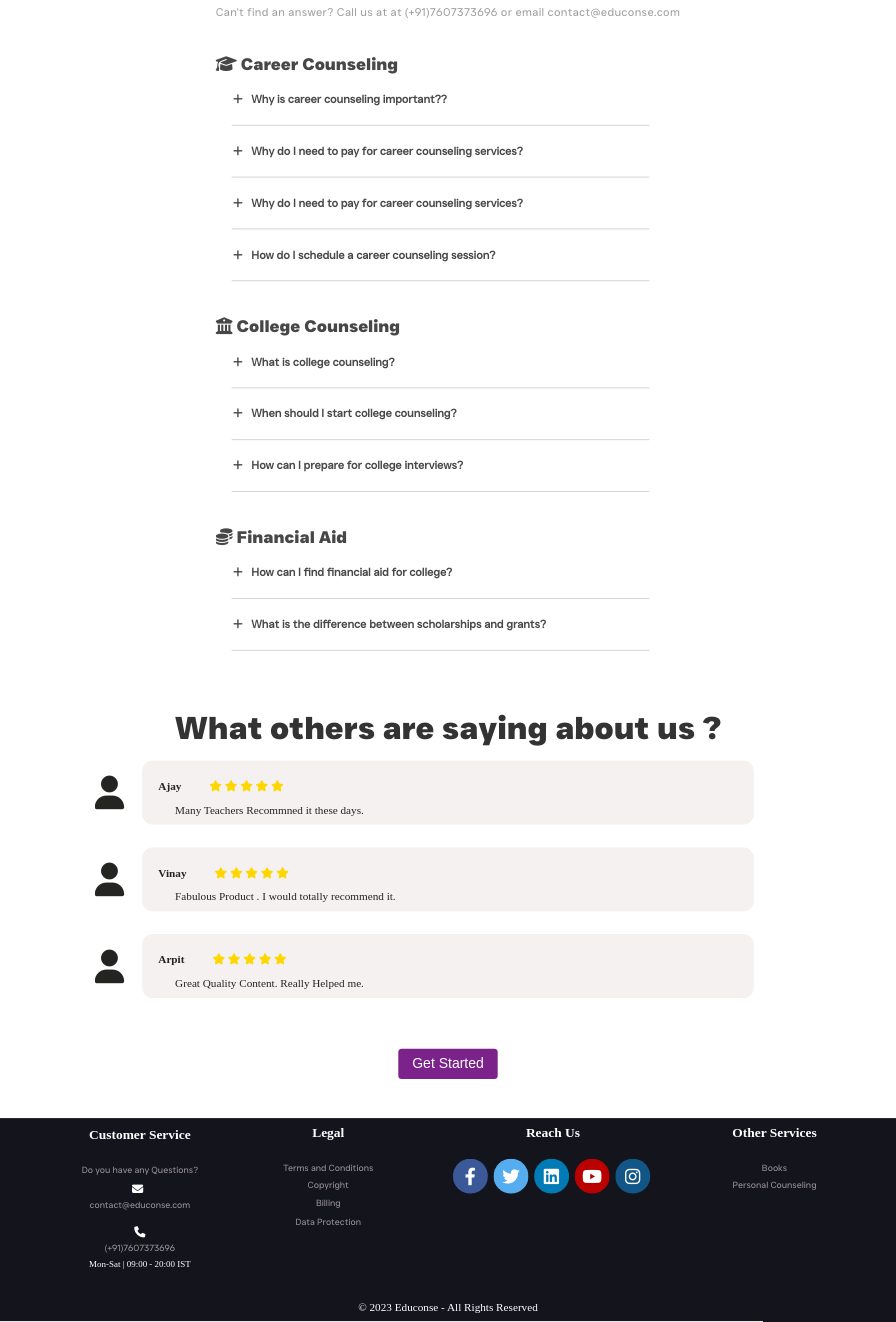
Repository: devajay07/educonse
Page: index.html
The author's editor kept a copy of each file at every save. The page is drawn from the files as they stood at one save, then again after a run of saves.
The browser window is 1280 px wide. The pictures show the part of the page from y = 905 to 2825 px (the page is 2793 px tall before and 2825 px after), at 70% of full size.
Pictures or frames that could not be fetched are drawn as grey boxes.

Above is the page before, as saved 2023-10-15 01:05:50.

### index.html
<!DOCTYPE html>
<html lang="en">
  <head>
    <meta charset="UTF-8" />
    <meta name="viewport" content="width=device-width, initial-scale=1.0" />
    <link rel="stylesheet" href="/css/index.css" />
    <link
      rel="stylesheet"
      href="https://cdnjs.cloudflare.com/ajax/libs/font-awesome/6.4.2/css/all.min.css"
    />
    <link rel="stylesheet" href="/css/header.css">
    <title>Educonse - Career Counseling</title>
  </head>
  <body>
    <nav>
      <div class="nav-container">
        <div class="nav-item">BLOGS</div>
        <div class="nav-item">RESOURCES</div>
        <div class="brand">Educonse</div>
        <div class="nav-item">SUPPORT</div>
        <div class="nav-item">ABOUT US</div>
      </div>
    </nav>

    <main>
      <div class="counselling-block">
        <section id="career-counseling">
          <div class="career-counselling">
            <div class="card">Career Counseling</div>
          </div>
        </section>

        <section id="college-counseling">
          <div class="college-container">
            <div class="card">College Counseling</div>
          </div>
        </section>
      </div>
      <div class="line-break"></div>
      <section id="financial-aid">
        <div class="container">
          <div class="card">Financial Aid</div>
        </div>
      </section>

      <section id="faqs">
        <div class="faqs-container">
          <h2 class="heading">Questions? Look here.</h2>
          <p class="tag">
            Can't find an answer? Call us at at (+91)7607373696 or email
            contact@educonse.com
          </p>
          <ul class="faq-list">
            <div class="category-quesn">
              <h1>
                <i class="fa-solid fa-graduation-cap"></i> Career Counseling
              </h1>
              <li>
                <button class="question">
                  <i class="fa-solid fa-plus fa-bounce"></i> &#160; Why is
                  career counseling important??
                </button>
                <div class="answer">
                  Career counseling helps individuals explore career options,
                  set goals, and make choices that align with their interests
                  and skills.
                </div>
                <hr />
              </li>
              <li>
                <button class="question">
                  <i class="fa-solid fa-plus fa-bounce"></i> &#160; Why do I
                  need to pay for career counseling services?
                </button>
                <div class="answer">
                  Some career counseling services are free, while others may
                  have fees. It depends on the provider and the level of
                  service.
                </div>
                <hr />
              </li>
              <li>
                <button class="question">
                  <i class="fa-solid fa-plus fa-bounce"></i> &#160; Why do I
                  need to pay for career counseling services?
                </button>
                <div class="answer">
                  Some career counseling services are free, while others may
                  have fees. It depends on the provider and the level of
                  service.
                </div>
                <hr />
              </li>
              <li>
                <button class="question">
                  <i class="fa-solid fa-plus fa-bounce"></i> &#160; How do I
                  schedule a career counseling session?
                </button>
                <div class="answer">
                  You can typically schedule a career counseling session by
                  contacting a counseling center or a career counselor directly.
                </div>
                <hr />
              </li>
            </div>
            <div class="category-quesn">
              <h1>
                <i class="fa-solid fa-building-columns"></i> College Counseling
              </h1>
              <li>
                <button class="question">
                  <i class="fa-solid fa-plus fa-bounce"></i> &#160; What is
                  college counseling?
                </button>
                <div class="answer">
                  College counseling is a service that assists students in the
                  college application process, including choosing schools,
                  preparing applications, and financial aid.
                </div>
                <hr />
              </li>
              <li>
                <button class="question">
                  <i class="fa-solid fa-plus fa-bounce"></i> &#160; When should
                  I start college counseling?
                </button>
                <div class="answer">
                  College counseling can begin as early as high school, but it's
                  most common during the junior and senior years to prepare for
                  college applications.
                </div>
                <hr />
              </li>
              <li>
                <button class="question">
                  <i class="fa-solid fa-plus fa-bounce"></i> &#160; How can I
                  prepare for college interviews?
                </button>
                <div class="answer">
                  Practice answering common interview questions, research the
                  college, and dress professionally for the interview.
                </div>
                <hr />
              </li>
            </div>
            <div class="category-quesn">
              <h1><i class="fa-solid fa-coins"></i> Financial Aid</h1>
              <li>
                <button class="question">
                  <i class="fa-solid fa-plus fa-bounce"></i> &#160; How can I
                  find financial aid for college?
                </button>

                <div class="answer">
                  Financial aid options include scholarships, grants, loans, and
                  work-study programs. Start by completing the FAFSA to
                  determine your eligibility.
                </div>
                <hr />
              </li>
              <li>
                <button class="question">
                  <i class="fa-solid fa-plus fa-bounce"></i> &#160; What is the
                  difference between scholarships and grants?
                </button>

                <div class="answer">
                  Scholarships are typically merit-based and awarded for
                  academic achievements or specific talents. Grants, on the
                  other hand, are need-based and provided to students based on
                  their financial circumstances. Both can help offset the cost
                  of education.
                </div>
                <hr />
              </li>
            </div>
          </ul>
        </div>
      </section>

      <section id="reviews" class="reviews">
        <div class="heading">
          <h2>What others are saying about us ?</h2>
        </div>
        <div class="review">
          <div class="icon"><i class="fa-solid fa-user"></i></div>
          <div class="pfp">
            <div class="name">
              <div class="user-name">Ajay</div>
              <div class="rating">
                <i class="fa-solid fa-star"></i>
                <i class="fa-solid fa-star"></i>
                <i class="fa-solid fa-star"></i>
                <i class="fa-solid fa-star"></i>
                <i class="fa-solid fa-star"></i>
              </div>
            </div>
            <div class="desc">Many Teachers Recommned it these days.</div>
          </div>
        </div>
        <div class="review">
          <div class="icon"><i class="fa-solid fa-user"></i></div>
          <div class="pfp">
            <div class="name">
              <div class="user-name">Vinay</div>
              <div class="rating">
                <i class="fa-solid fa-star"></i>
                <i class="fa-solid fa-star"></i>
                <i class="fa-solid fa-star"></i>
                <i class="fa-solid fa-star"></i>
                <i class="fa-solid fa-star"></i>
              </div>
            </div>
            <div class="desc">
              Fabulous Product . I would totally recommend it.
            </div>
          </div>
        </div>

        <div class="review">
          <div class="icon"><i class="fa-solid fa-user"></i></div>
          <div class="pfp">
            <div class="name">
              <div class="user-name">Arpit</div>
              <div class="rating">
                <i class="fa-solid fa-star"></i>
                <i class="fa-solid fa-star"></i>
                <i class="fa-solid fa-star"></i>
                <i class="fa-solid fa-star"></i>
                <i class="fa-solid fa-star"></i>
              </div>
            </div>
            <div class="desc">Great Quality Content. Really Helped me.</div>
          </div>
        </div>
      </section>
    </main>

    <section id="cta">
      <div class="container">
        <button class="cta-button">Get Started</button>
      </div>
    </section>

    <footer>
      <div class="footer-1">
        <div class="customer-service">
          <div class="">
            <h1>Customer Service</h1>
            <br />
            <p>Do you have any Questions?</p>
          </div>
          <div class="mail">
            <div class="">
              <i class="fa fa-envelope" aria-hidden="true"></i>

              <a href="mailto:contact@educonse.com"
                ><span><p>contact@educonse.com</p></span>
              </a>
            </div>

            <div>
              <i class="fa fa-phone" aria-hidden="true"></i>
              <p>(+91)7607373696</p>
            </div>

            <span>Mon-Sat | 09:00 - 20:00 IST </span>
          </div>
        </div>
        <div class="legal">
          <div class="">
            <h1>Legal</h1>
            <br />
          </div>
          <div class="">
            <a href="#">
              <p>Terms and Conditions</p>
            </a>
          </div>
          <div class="">
            <a href="#"> <p>Copyright</p> </a>
          </div>
          <div class="">
            <a href="#"><p>Billing</p></a>
          </div>

          <div class="">
            <a href="#">
              <p>Data Protection</p>
            </a>
          </div>
        </div>
        <div class="reach-us">
          <div class="">
            <h1>Reach Us</h1>
            <br />
          </div>
          <div class="">
            <div class="rounded-social-buttons">
              <a
                class="social-button facebook"
                href="https://www.facebook.com/"
                target="_blank"
                ><i class="fab fa-facebook-f"></i
              ></a>
              <a
                class="social-button twitter"
                href="https://www.twitter.com/"
                target="_blank"
                ><i class="fab fa-twitter"></i
              ></a>
              <a
                class="social-button linkedin"
                href="https://www.linkedin.com/"
                target="_blank"
                ><i class="fab fa-linkedin"></i
              ></a>
              <a
                class="social-button youtube"
                href="https://www.youtube.com/"
                target="_blank"
                ><i class="fab fa-youtube"></i
              ></a>
              <a
                class="social-button instagram"
                href="https://www.instagram.com/"
                target="_blank"
                ><i class="fab fa-instagram"></i
              ></a>
            </div>
          </div>
          <div class="">
            <div
              style="
                overflow: hidden;
                max-width: 100%;
                width: 200px;
                height: 150px;
                padding-top: 20px;
              "
            >
              <div
                id="display-google-map"
                style="height: 100%; width: 100%; max-width: 100%"
              >
                <iframe
                  style="height: 100%; width: 100%; border: 0"
                  frameborder="0"
                  src="https://www.google.com/maps/embed/v1/place?q=Delhi,+India&key=AIzaSyBFw0Qbyq9zTFTd-tUY6dZWTgaQzuU17R8"
                ></iframe>
              </div>
              <a
                class="from-embedmap-code"
                href="https://www.bootstrapskins.com/themes"
                id="grab-maps-authorization"
                >premium bootstrap themes</a
              ><style>
                #display-google-map img.text-marker {
                  max-width: none !important;
                  background: none !important;
                }
                img {
                  max-width: none;
                }
              </style>
            </div>
          </div>
        </div>
        <div class="other-services">
          <div class="">
            <h1>Other Services</h1>
            <br />
          </div>
          <div class="">
            <p>Books</p>
            <a href="#"></a>
          </div>
          <div class="">
            <a href="#"><p>Personal Counseling</p></a>
          </div>
        </div>
      </div>
      <div class="footer-2">&copy; 2023 Educonse - All Rights Reserved</div>
    </footer>

    <script src="./index.js"></script>
  </body>
</html>

### css/index.css
* {
  padding: 0;
  margin: 0;
  box-sizing: border-box;
}

@font-face {
  font-family: "brand-bold";
  src: url("/fonts/brand-bold.otf") format("opentype");
  font-weight: normal;
  font-style: normal;
}
@font-face {
  font-family: "brand-reg";
  src: url("/fonts/brand-regular.otf") format("opentype");
  font-weight: normal;
  font-style: normal;
}

:root {
  --brand-color: hsla(291, 60%, 34%, 1);
  --hookers-green: hsla(174, 17%, 46%, 1);
  --white: hsla(0, 0%, 100%, 1);
  --poppy: hsla(356, 74%, 52%, 1);
  --black: hsla(60, 1%, 14%, 1);
  --beige: #f5f5dc;

  --brand-bold: "brand-bold", sans-serif;
  --brand-reg: "brand-reg", sans-serif;
  --universal-margin: 1rem 8rem;
  --section-margin: 1rem;
  --footer-bg: rgb(20, 21, 28);
}

body {
  background-color: white;
  color: #333; /* A light version of black */
}

.card {
  color: white;
  padding: 20px;
  border-radius: 5px;
  text-align: center;
  font-size: 24px;
}

section#cta {
  text-align: center;
  padding: 40px 0;
}

.cta-button {
  background-color: white;
  color: var(--brand-color);
  font-size: 20px;
  padding: 10px 20px;
  border: none;
  border-radius: 5px;
  cursor: pointer;
}


.counselling-block {
  display: flex;
  margin: var(--section-margin);
  justify-content: center;
}

section {
  margin: var(--section-margin);
}

.counselling-block > section {
  width: 35%;
  height: 500px;
  background-color: var(--beige);
  border-radius: 4px;
  margin: calc(4 * var(--section-margin));
}

.counselling-block .card {
  font: var(--brand-font);
  font-size: 32px;
  color: var(--white);
  background-color: var(--brand-color);
}

.counselling-block .card.card:hover {
  background-color: rgb(103, 30, 145);
  border: 2px 2px white;
}

.cta-button {
  background-color: var(--brand-color);
  color: var(--white);
}

#faqs {
  display: flex;
  justify-content: center;
}

.faqs-container {
  text-align: center;
}

.faqs-container .heading {
  font-size: 3.5rem;
  font-family: var(--brand-bold);
  letter-spacing: 0.07rem;
  margin-bottom: 1rem;
}
.faqs-container .tag {
  color: rgb(159, 159, 159);
  opacity: 1;
  letter-spacing: 0.03rem;
  font-family: var(--brand-reg);
  margin-bottom: 3rem;
}
.faq-list {
  list-style: none;
  padding: 0;
  margin-bottom: 3rem;
}

.question {
  background: none;
  border: none;
  text-align: left;
  cursor: url("/images/cursor.png"), pointer;
  padding: 10px 25px;
  width: 100%;
  font-family: var(--brand-reg);
  font-weight: bold;
  font-size: 1rem;
  opacity: 0.8;
}
.category-quesn {
  margin-bottom: 2rem;
  opacity: 0.9;
}
.category-quesn h1 {
  text-align: start;
  font-family: var(--brand-bold);
  font-weight: bolder;
  margin-bottom: 1rem;
}
.category-quesn li {
  /* padding: 10px 20px; */
  display: flex;
  gap: 1rem;
  flex-direction: column;
  align-items: start;
  justify-content: center;
}
.category-quesn li :hover {
  background-color: #f0f0ea;
}
hr {
  height: 1px;
  background-color: grey;
  width: 90%;
  margin-left: 23px;
  border-radius: 10px;
  opacity: 0.6;
  margin-bottom: 1rem;
}
.answer {
  display: none;
  border: none;
  text-align: left;
  width: 650px;
  padding: 10px;
  padding: 10px 25px;
  font-family: var(--brand-reg);
  font-weight: bold;
  font-size: 1rem;
  opacity: 0.8;
}

#reviews {
  display: flex;
  flex-direction: column;
  align-items: center;
}

#reviews .heading {
  font-size: 1.88rem;
  font-family: var(--brand-bold);
}

.review {
  width: 70%;
  display: flex;
  position: relative;
  color: var(--black);
  background-color: rgb(245, 241, 241);
  padding: 0.75rem;
  margin: 1rem;
  border-radius: 1rem;
}

.review .icon {
  width: 10%;
  position: relative;
}
.review .icon i {
  font-size: 3rem;

  transform-origin: left center;
  transform: translate(-80px, 10px);
}
.review .pfp {
  display: flex;
  position: relative;
  left: -50px;
  flex-direction: column;
}

.review .pfp .name {
  display: flex;
  padding: 0.5rem;
  margin: 0.5rem;
}

.review .pfp .name .rating {
  color: gold;
}
.review .pfp .name .user-name {
  font-weight: bold;
  position: relative;
  left: -40px;
}

/* footer */

### css/header.css
@import url("https://cdnjs.cloudflare.com/ajax/libs/font-awesome/6.4.2/css/all.min.css");
* {
  padding: 0;
  margin: 0;
  box-sizing: border-box;
}
@font-face {
  font-family: "brand-bold";
  src: url("/fonts/brand-bold.otf") format("opentype");
  font-weight: normal;
  font-style: normal;
}
@font-face {
  font-family: "brand-reg";
  src: url("/fonts/brand-regular.otf") format("opentype");
  font-weight: normal;
  font-style: normal;
}

:root {
  --brand-color: hsla(291, 60%, 34%, 1);
  --hookers-green: hsla(174, 17%, 46%, 1);
  --white: hsla(0, 0%, 100%, 1);
  --poppy: hsla(356, 74%, 52%, 1);
  --black: hsla(60, 1%, 14%, 1);
  --beige: #f5f5dc;

  --brand-bold: "brand-bold", sans-serif;
  --brand-reg: "brand-reg", sans-serif;
  --universal-margin: 1rem 8rem;
  --section-margin: 1rem;
  --footer-bg: rgb(20, 21, 28);
}

body {
  background-color: white;
  color: #333; /* A light version of black */
}

.nav-container {
  display: flex;
  align-items: center;
  justify-content: space-between;
  width: 100%;
  margin: var(--universal-margin);
  height: 50px;
}
.nav-container .nav-item {
  font-family: system-ui, -apple-system, BlinkMacSystemFont, "Segoe UI", Roboto,
    Oxygen, Ubuntu, Cantarell, "Open Sans", "Helvetica Neue", sans-serif;
  color: var(--white);
  font-weight: bolder;
}

nav {
  display: flex;
  justify-content: space-between;
  align-items: center;
  background-color: var(--footer-bg);
  opacity: 0.9;
  color: white;
}

nav .brand {
  font-size: 40px;
  color: var(--brand-color);
  font-family: var(--brand-font);
}

nav a {
  text-decoration: none;
  color: white;
}

footer {
  display: flex;
  flex-direction: column;
}
.footer-1 {
  display: flex;
  justify-content: space-evenly;
}
.footer-1 .customer-service > div {
  padding: 0.2rem;
}
.footer-1 h1 {
  font-size: 1.2rem;
  font-family: var(--brand-font);
  margin-bottom: 0.5rem;
}
.footer-1 p {
  font-size: 0.8rem;
  opacity: 0.6;
  color: #f0e8e8;
  padding: 0.3rem;
  font-family: var(--brand-reg);
}
.footer-1 .heading{
  padding-bottom: 1rem;
  font-family: var(--brand-bold);
}


.footer-1 span {
  font-size: 0.8rem;
  margin: 0.4rem;
}

.footer-1 a {
  color: #f0f0ea;
  text-decoration: none;
}
.footer-1 .reach-us {
  display: flex;
  align-items: center;
  flex-direction: column;
}

.reach-us iframe{
  border-radius: 8px;
}

.footer

.text {
  color: white;
  font-size: 20px;
  position: absolute;
  top: 50%;
  left: 50%;
  transform: translate(-50%, -50%);
  -ms-transform: translate(-50%, -50%);
  white-space: nowrap;
}

@charset "UTF-8";

.svg-inline--fa {
  vertical-align: -0.2em;
}

.rounded-social-buttons {
  text-align: center;
}

.rounded-social-buttons .social-button {
  display: inline-block;
  position: relative;
  cursor: pointer;
  width: 3.125rem;
  height: 3.125rem;
  border: 0.125rem solid transparent;
  padding: 0;
  text-decoration: none;
  text-align: center;
  color: #fefefe;
  font-size: 1.5625rem;
  font-weight: normal;
  line-height: 2em;
  border-radius: 1.6875rem;
  transition: all 0.5s ease;
  margin-right: 0.25rem;
  margin-bottom: 0.25rem;
}

.rounded-social-buttons .social-button:hover,
.rounded-social-buttons .social-button:focus {
  -webkit-transform: rotate(360deg);
  -ms-transform: rotate(360deg);
  transform: rotate(360deg);
}

.rounded-social-buttons .fa-twitter,
.fa-facebook-f,
.fa-linkedin,
.fa-youtube,
.fa-instagram {
  font-size: 25px;
}

.rounded-social-buttons .social-button.facebook {
  background: #3b5998;
}

.rounded-social-buttons .social-button.facebook:hover,
.rounded-social-buttons .social-button.facebook:focus {
  color: #3b5998;
  background: #fefefe;
  border-color: #3b5998;
}

.rounded-social-buttons .social-button.twitter {
  background: #55acee;
}

.rounded-social-buttons .social-button.twitter:hover,
.rounded-social-buttons .social-button.twitter:focus {
  color: #55acee;
  background: #fefefe;
  border-color: #55acee;
}

.rounded-social-buttons .social-button.linkedin {
  background: #007bb5;
}

.rounded-social-buttons .social-button.linkedin:hover,
.rounded-social-buttons .social-button.linkedin:focus {
  color: #007bb5;
  background: #fefefe;
  border-color: #007bb5;
}

.rounded-social-buttons .social-button.youtube {
  background: #bb0000;
}

.rounded-social-buttons .social-button.youtube:hover,
.rounded-social-buttons .social-button.youtube:focus {
  color: #bb0000;
  background: #fefefe;
  border-color: #bb0000;
}

.rounded-social-buttons .social-button.instagram {
  background: #125688;
}

.rounded-social-buttons .social-button.instagram:hover,
.rounded-social-buttons .social-button.instagram:focus {
  color: #125688;
  background: #fefefe;
  border-color: #125688;
}

footer {
  background-color: var(--footer-bg);
  color: white;
  text-align: center;
  padding: 10px 0;
}

### index.js
document.addEventListener("DOMContentLoaded", function () {
  const questions = document.querySelectorAll(".question");

  questions.forEach((question) => {
    question.addEventListener("click", () => {
      const answer = question.nextElementSibling; // Get the next sibling
      if (answer.style.display === "block" || answer.style.display === "") {
        answer.style.display = "none";
      } else {
        answer.style.display = "block";
      }
    });
  });
});

After the next 4 saves:
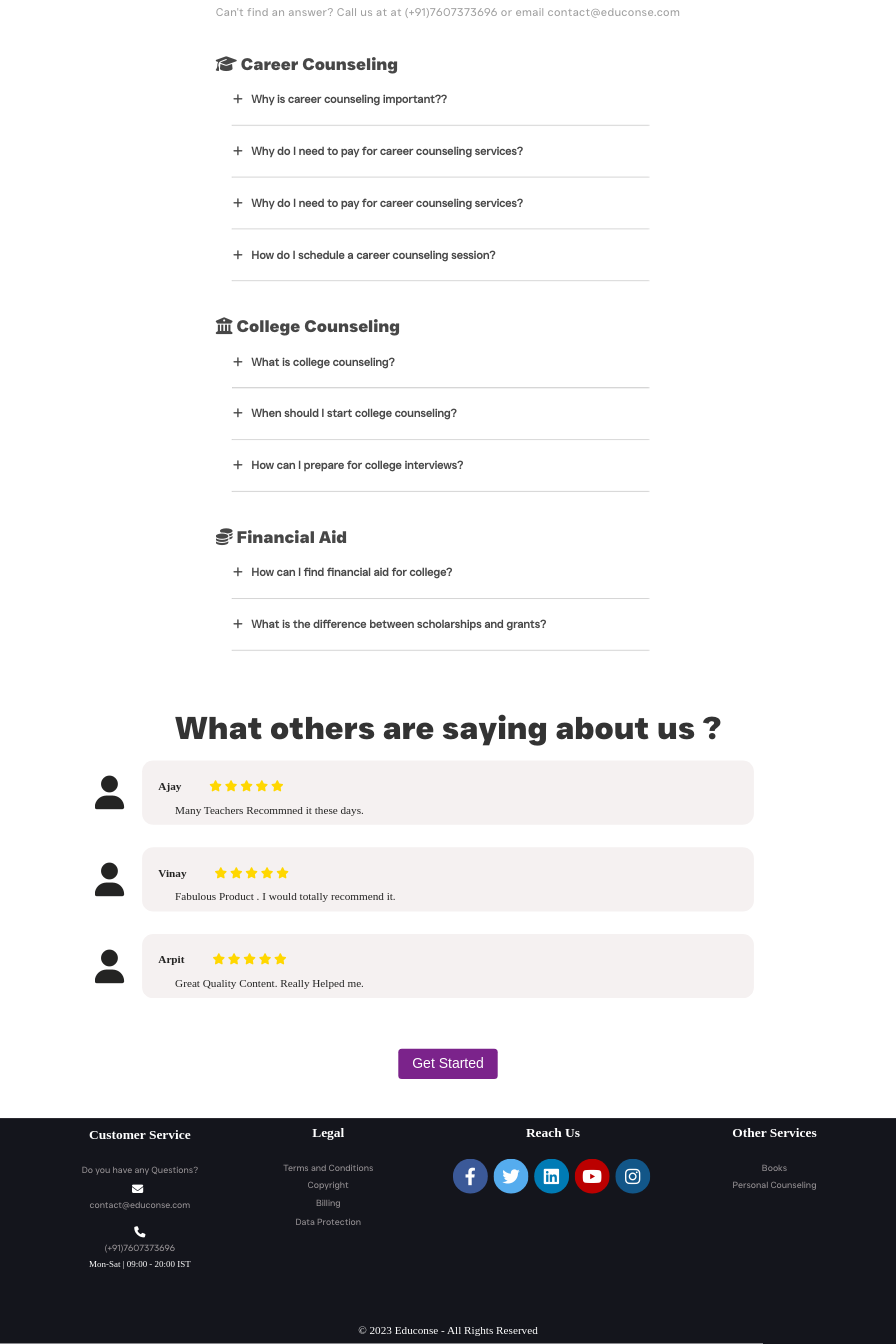
The 4 saves are shown as one change because they came seconds apart.
The last was saved 12 s later.
--- a/css/header.css
+++ b/css/header.css
@@ -120,7 +120,9 @@ footer {
   border-radius: 8px;
 }
 
-.footer
+.footer-2{
+  padding-top: 2rem;
+}
 
 .text {
   color: white;
